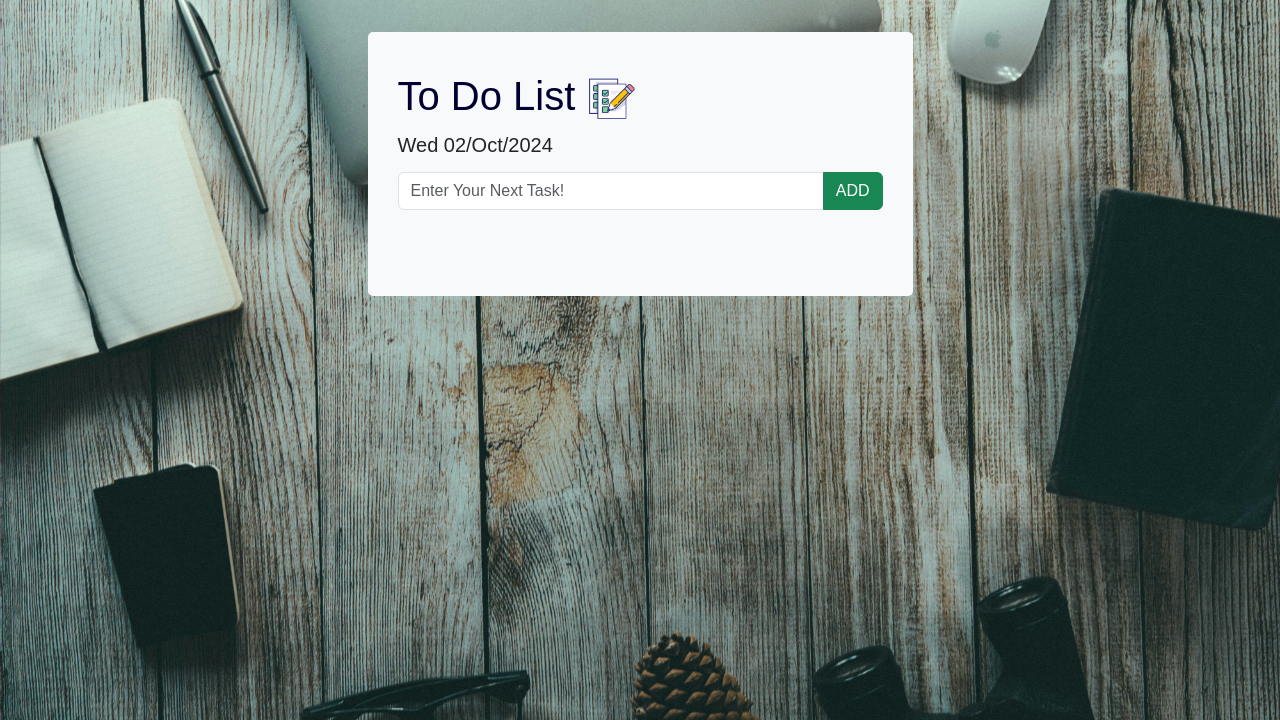
Repository: zeinawady/To_Do_List
Page: index.html
These files come from the project's save history. The page is drawn as it stood at one moment and after the next save; the edit follows.
The browser window is 1280 px wide. The pictures show the whole page.
Some web libraries are served in a nearby version.

Above is the page before, as saved 2024-10-02 02:56:09.

### index.html
<!DOCTYPE html>
<html lang="en">

<head>
    <meta charset="UTF-8">
    <meta name="viewport" content="width=device-width, initial-scale=1.0">
    <title>To Do list</title>
    <link href="https://cdn.jsdelivr.net/npm/bootstrap@5.3.3/dist/css/bootstrap.min.css" rel="stylesheet" integrity="sha384-QWTKZyjpPEjISv5WaRU9OFeRpok6YctnYmDr5pNlyT2bRjXh0JMhjY6hW+ALEwIH" crossorigin="anonymous">
    <link rel="stylesheet" href="https://cdnjs.cloudflare.com/ajax/libs/font-awesome/6.6.0/css/all.min.css" integrity="sha512-Kc323vGBEqzTmouAECnVceyQqyqdsSiqLQISBL29aUW4U/M7pSPA/gEUZQqv1cwx4OnYxTxve5UMg5GT6L4JJg==" crossorigin="anonymous" referrerpolicy="no-referrer" />
    <link rel="stylesheet" href="css/style.css">
</head>

<body>
<div class="app">
    <div class="container">
        <div class="todo-app bg-body-tertiary m-auto">
            <h1 class="d-flex">To Do List <img src="images/todolistpng.png" alt="to-do-list" class="logo"></h1>
           <h5 id="date"></h6>
            <div class="input-group mb-3">
                <input type="text"  class="form-control" id="input-box" placeholder="Enter Your Next Task!" aria-label="Enter Your Next Task!" aria-describedby="button">
                <button class="btn btn-success" onclick="addTask()">ADD</button>

            </div>
            <ul id="list-container">
                <!-- <li class="checked">Task 0</li>
                <li>Task 1</li> -->
            </ul>
        </div>

</div>
    </div>
    <script src="https://cdn.jsdelivr.net/npm/bootstrap@5.3.3/dist/js/bootstrap.bundle.min.js" integrity="sha384-YvpcrYf0tY3lHB60NNkmXc5s9fDVZLESaAA55NDzOxhy9GkcIdslK1eN7N6jIeHz" crossorigin="anonymous"></script>
    <script src="script.js"></script>
</body>

</html>

### css/style.css
* {
    margin: 0;
    padding: 0;
    box-sizing: border-box;
    font-family: Arial, Helvetica, sans-serif;
}

:root {
    --font-color: rgb(1, 1, 49);
}

li {
    list-style: none;
}
.app{
    background-image: url(../images/background3.jpg);
    background-position: center;
    background-size: cover;
    background-repeat: no-repeat;
    height: 100vh;
}

.todo-app {
    max-width: 545px;
    /* margin: 100px auto; */
    padding: 40px 30px 70px;
    border-radius: 5px;
    transition: 0.5s;
    position: relative;
    top: 2rem;
}

.todo-app:hover {
    box-shadow: 4px 5px 10px 2px rgba(63, 63, 63, 0.5);


}

.todo-app h1 {
    color: var(--font-color);

}
#date{
    margin-bottom: 15px;
}

.logo {
    width: 53px;
    margin-left: 10px;
}

.form {
    background-color: #efe2e2;
    border-radius: 10px;
}


ul li {
    position: relative;
    font-size: 17px;
    padding: 12px 2px 12px 40px;
    user-select: none;
    cursor: pointer;
}

ul li::before {
    content: '';
    position: absolute;
    height: 28px;
    width: 28px;
    border-radius: 50%;
    background-image: url(../images/unchecked.png);
    background-size: cover;
    background-position: center;
    left: 1px;
    top: 8px;
}

ul li.checked {
    color: #555;
    text-decoration: line-through;

}

ul li.checked::before {
    color: #666;
    background-image: url(../images/checked.png);
}

ul li span {
    position: absolute;
    right: 0;
    top: 10px;
    font-size: 20px;
    color: #555;
}

ul li button{
    position: absolute;
    right: 35px;
    top: 2px;

}

### script.js
let listContainer = document.getElementById("list-container");
let inputBox = document.getElementById("input-box");
let currentDate = document.getElementById("date");
function addTask() {
    if (inputBox.value === '') {
        alert("No Task Added!");
    }
    else {
        let li = document.createElement("li");
        li.innerHTML = inputBox.value;
        listContainer.appendChild(li);
        let xSign = document.createElement("span");
        // xSign.innerHTML = '\u00d7';  // x sign code
        xSign.classList.add('fa-solid','fa-trash')
        li.appendChild(xSign);

        let editBtn = document.createElement("button");
        editBtn.classList.add('btn', 'btn-outline-success', 'fas', 'fa-edit');
        li.appendChild(editBtn);
    }
    inputBox.value = "";  //so that input text become empty again
    saveTask();

}

inputBox.addEventListener("keydown", function (e) {
    if (e.key === "Enter") {
        e.preventDefault();
        addTask();
    }
});

listContainer.addEventListener("click", function (e) {
    //e is the event object contains info about event & target element that was clicked.
    if (e.target.tagName === "LI") {
        e.target.classList.toggle("checked");
        saveTask();
    }
    else if (e.target.tagName === "SPAN") {
        e.target.parentElement.remove();
        saveTask();

    }
    else if (e.target.tagName === "BUTTON") {
        let li = e.target.parentElement;
        let currentTask = li.firstChild.textContent;
        let newTask = prompt("Edit Your Task: ", currentTask);
        if (newTask !== null && newTask.trim() !== "") {
            li.firstChild.textContent = newTask;
            saveTask();
        }
    }
})

function saveTask() {
    localStorage.setItem("Task", listContainer.innerHTML);
}
function showTask() {
    listContainer.innerHTML = localStorage.getItem("Task");
}
showTask();

function displayDate() {
    let date = new Date();
    date = date.toString().split(" ");
    currentDate.innerHTML = date[0] + " " + date[2] + '/' + date[1] + '/' + date[3];
    console.log();
}
window.onload = displayDate();

After the next save:
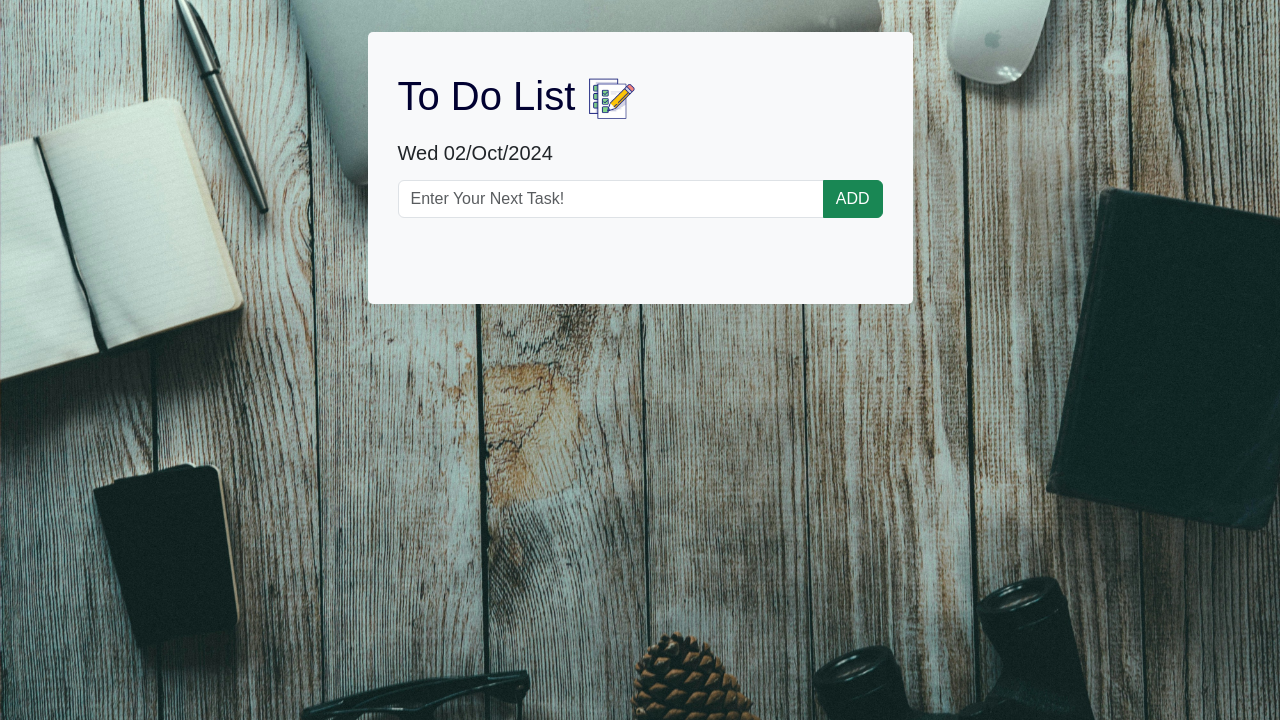
Saved 6 s later.
--- a/index.html
+++ b/index.html
@@ -14,7 +14,7 @@
 <div class="app">
     <div class="container">
         <div class="todo-app bg-body-tertiary m-auto">
-            <h1 class="d-flex">To Do List <img src="images/todolistpng.png" alt="to-do-list" class="logo"></h1>
+            <h1 class="d-flex mb-3">To Do List <img src="images/todolistpng.png" alt="to-do-list" class="logo"></h1>
            <h5 id="date"></h6>
             <div class="input-group mb-3">
                 <input type="text"  class="form-control" id="input-box" placeholder="Enter Your Next Task!" aria-label="Enter Your Next Task!" aria-describedby="button">
